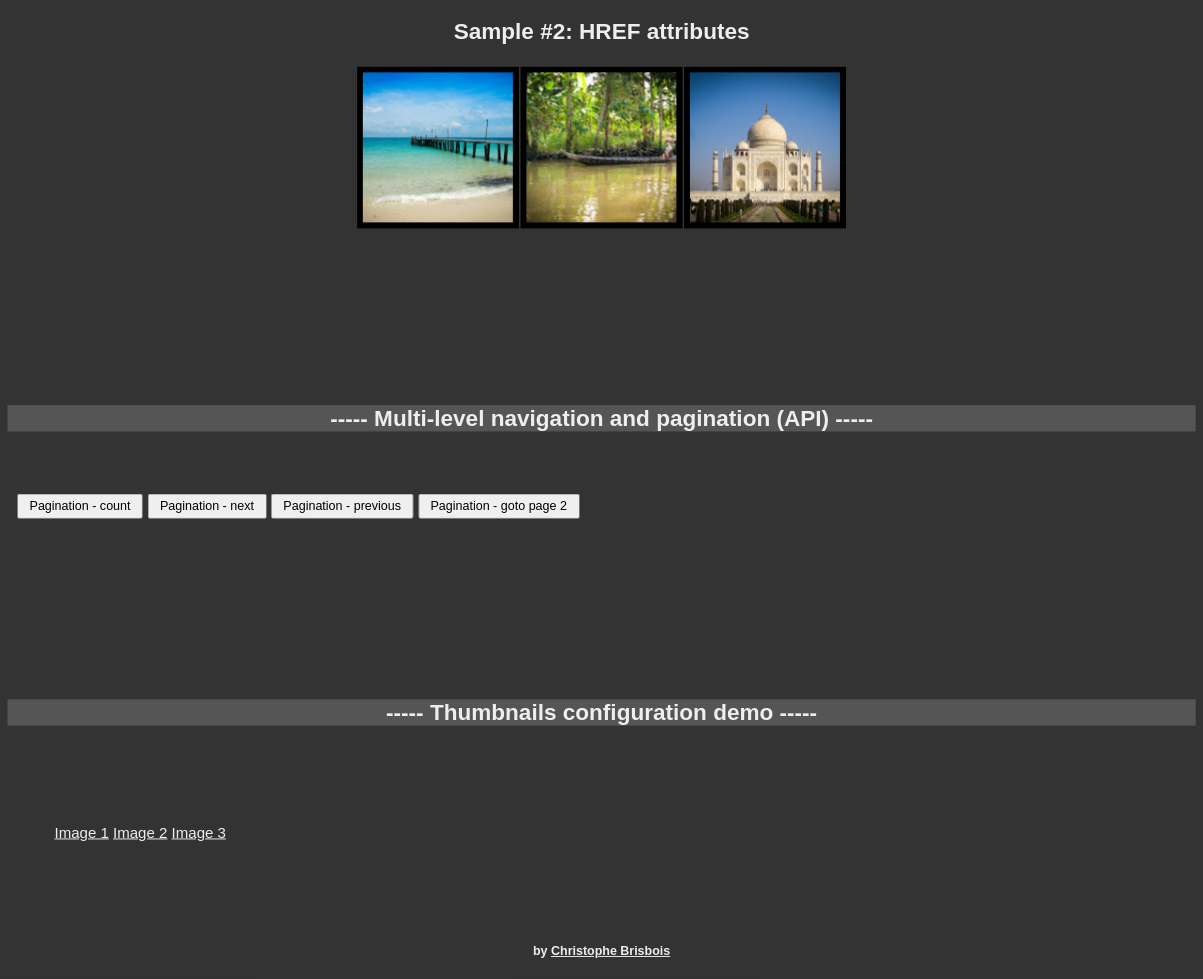
Repository: youwin1234/workspace
Page: nanoGALLERY-5.9.1/demonstration.1.html
The author's editor kept a record of every edit. The page is drawn from the files as they stood at one moment, then again after the next edit.
The browser window is 1280 px wide. The pictures show the whole page, at 94% of full size.

Above is the page before.

### nanoGALLERY-5.9.1/demonstration.1.html
<!DOCTYPE html PUBLIC "-//W3C//DTD XHTML 1.0 Strict//EN" "http://www.w3.org/TR/xhtml1/DTD/xhtml1-strict.dtd">
<html>

<head>
  <title>nanoGALLERY</title>
	<style>
		* {font-family: sans-serif; color:#fff;}
		a, h1, h2, h3, h4, h5 {text-align:center; color:#eee;}
		body {background:#333;}
	</style>



  <!-- nanoGALLERY                                                                                                          -->
  <!-- Plugin for jQuery by Christophe Brisbois                                                                             -->
  <!-- Demo & doc: http://nanogallery.brisbois.fr                                                                           -->
  <!-- Sources: https://github.com/Kris-B/nanoGALLERY                                                                       -->
  <!-- License: For personal, non-profit organizations, or open source projects, you may use nanoGALLERY for free.          -->
  <!-- -------- ALL OTHER USES REQUIRE THE PURCHASE OF A PROFESSIONAL LICENSE.                                              -->


  <!-- #################################################################################################################### -->
  <!-- jQuery                                                                                                               -->
  <!--                                                                                                                      -->
  <script type="text/javascript" src="third.party/jquery-1.7.1.min.js"></script>
  <!-- <script src="http://ajax.googleapis.com/ajax/libs/jquery/1.7.1/jquery.min.js"></script>  -->
  <!-- <script src="http://ajax.googleapis.com/ajax/libs/jquery/2.1.1/jquery.min.js"></script>  -->
  <!-- #################################################################################################################### -->


  <!-- #################################################################################################################### -->
  <!-- nanoGALLERY CSS files                                                                                                -->
  <!-- only include the css file corresponding to the selected theme                                                        -->
  <!-- include 'nanogallery.css' if no theme is specified                                                                   -->
  <!--                                                                                                                      -->
	<!-- nanoGALLERY - default theme css file                                                                                 -->
	<link href="css/nanogallery.css" rel="stylesheet" type="text/css">

  <!-- #################################################################################################################### -->

  <!-- #################################################################################################################### -->
	<!-- nanoGALLERY javascript                                                                                               -->
  <!--                                                                                                                      -->
	<script type="text/javascript" src="jquery.nanogallery.js"></script>
  <!--                                                                                                                      -->
  <!-- #################################################################################################################### -->





  	<script>
		$(document).ready(function () {


      // ##################################################################################################################
			// ##### Sample2 - inline elements / HREF #####
      // ##################################################################################################################
 			jQuery("#nanoGallery2").nanoGallery({thumbnailWidth:160,thumbnailHeight:160,
				itemsBaseURL:'demonstration',
				thumbnailHoverEffect:[{'name':'scaleLabelOverImage','duration':300},{'name':'borderLighter'}],
				colorScheme:'clean',
        locationHash: false,
				thumbnailLabel:{display:true,position:'overImageOnTop', align:'center'},
        viewerDisplayLogo:true
			});


		});
	</script>

</head>

<!-- <body style="background-color:#fff;"> -->
<body>


  <h2>Sample #2: HREF attributes</h2>
	<div id="nanoGallery2">
		<a href="image_01.jpg" data-ngthumb="image_01ts.jpg" data-ngdesc="Lorem ipsum dolor sit amet, consectetur adipiscing elit. Proin sit amet interdum magna. Nunc luctus leo ut blandit tempor. Suspendisse at auctor lorem, sed hendrerit arcu.">Thailand</a>
		<a href="image_02.jpg" data-ngthumb="image_02ts.jpg" data-ngdesc="Lorem ipsum dolor sit amet, consectetur adipiscing elit.">Vietnam</a>
		<a href="image_03.jpg" data-ngthumb="image_03ts.jpg" data-ngdesc="" data-customdata='{"a":"1", "b":"2"}'>India</a>
	</div>


	<br><br><br><br><br><br><br><br><br>
	<h2 style="background:#555;">----- Multi-level navigation and pagination (API) -----</h2><br><br>
    <div style="margin:10px;">
      <button id="btnPaginationCount" "type="button" style="color:#000;padding:4px;">&nbsp; Pagination - count &nbsp;</button>
      <button id="btnPaginationNext" "type="button" style="color:#000;padding:4px;">&nbsp; Pagination - next &nbsp;</button>
      <button id="btnPaginationPrevious" "type="button" style="color:#000;padding:4px;">&nbsp; Pagination - previous &nbsp;</button>
      <button id="btnPaginationGoto" "type="button" style="color:#000;padding:4px;">&nbsp; Pagination - goto page 2 &nbsp;</button>
    </div>
	<div id="nanoGalleryMLN"></div>


	<br><br><br><br><br><br><br><br><br>
	<h2 style="background:#555;">----- Thumbnails configuration demo -----</h2><br><br>

	<div id="nanoGalleryAnimation1" style="margin:50px">
    <a href="image_01.jpg" data-ngThumb="image_01ts.jpg" data-ngDesc="Lorem ipsum dolor sit amet, consectetur adipiscing elit.">Image 1</a>
    <a href="image_02.jpg" data-ngThumb="image_02ts.jpg">Image 2</a>
    <a href="image_03.jpg" data-ngThumb="image_03ts.jpg">Image 3</a>
  </div>


	<br><br><h5>by <a href="https://plus.google.com/111186676244625461692?rel=author">Christophe Brisbois</a></h5>
</body>
</html>

Loaded but not shown: nanoGALLERY-5.9.1/third.party/jquery-1.7.1.min.js (library); nanoGALLERY-5.9.1/jquery.nanogallery.js (library); nanoGALLERY-5.9.1/css/nanogallery.css (1057 lines, source omitted)

After the next edit:
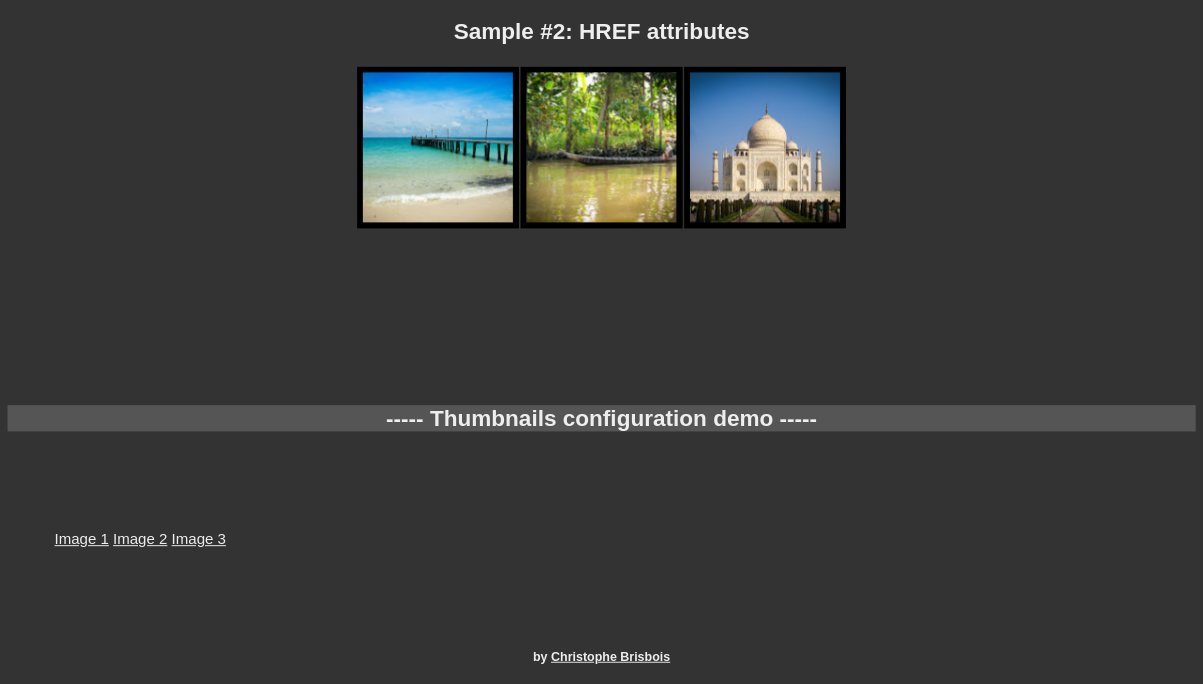
The edit:
--- a/nanoGALLERY-5.9.1/demonstration.1.html
+++ b/nanoGALLERY-5.9.1/demonstration.1.html
@@ -83,15 +83,7 @@
 	</div>
 
 
-	<br><br><br><br><br><br><br><br><br>
-	<h2 style="background:#555;">----- Multi-level navigation and pagination (API) -----</h2><br><br>
-    <div style="margin:10px;">
-      <button id="btnPaginationCount" "type="button" style="color:#000;padding:4px;">&nbsp; Pagination - count &nbsp;</button>
-      <button id="btnPaginationNext" "type="button" style="color:#000;padding:4px;">&nbsp; Pagination - next &nbsp;</button>
-      <button id="btnPaginationPrevious" "type="button" style="color:#000;padding:4px;">&nbsp; Pagination - previous &nbsp;</button>
-      <button id="btnPaginationGoto" "type="button" style="color:#000;padding:4px;">&nbsp; Pagination - goto page 2 &nbsp;</button>
-    </div>
-	<div id="nanoGalleryMLN"></div>
+
 
 
 	<br><br><br><br><br><br><br><br><br>
